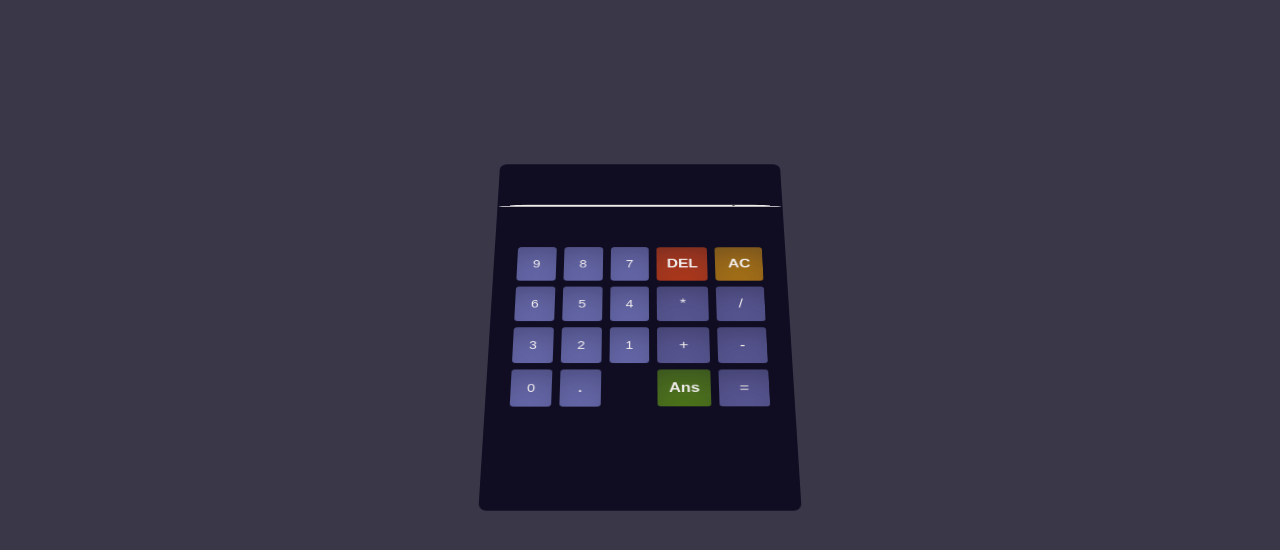
Repository: Bishek666/simple-calculator
Page: /
The author's editor kept a copy of each file at every save. The page is drawn from the files as they stood at one save, then again after the next save.
The browser window is 1280 px wide. The pictures show the whole page.
The project was rebuilt for these pictures with package versions that can differ from the ones it lists, and the page was loaded fresh each time.

Above is the page before, as saved 2021-10-27 08:42:06.

After the next save:
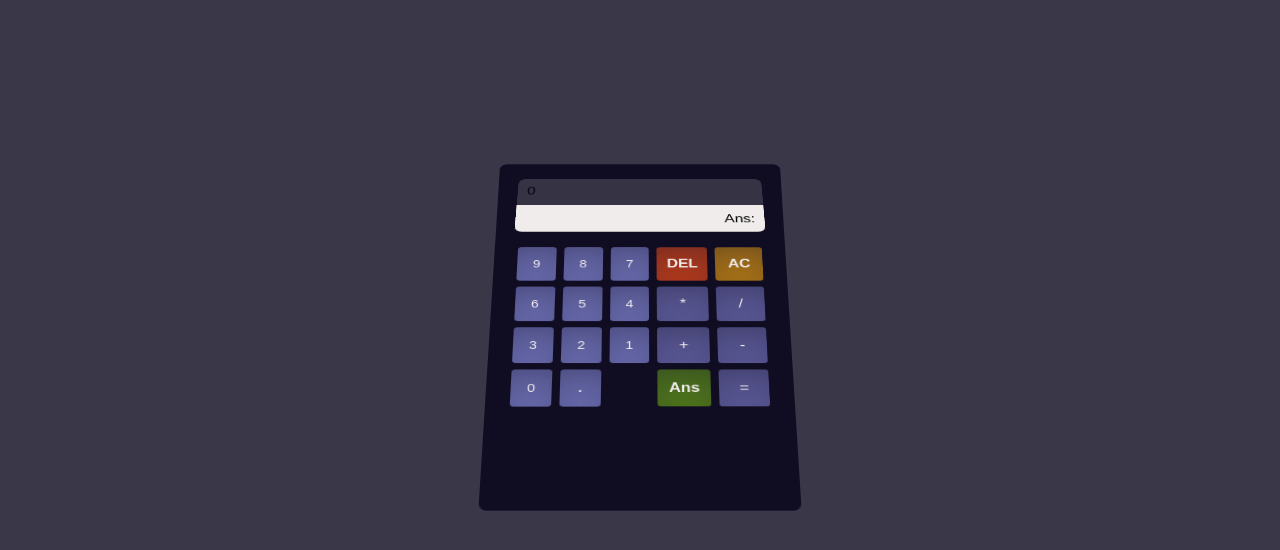
Saved 4 s later.
--- a/src/index.css
+++ b/src/index.css
@@ -64,7 +64,7 @@ button {
     background-color: var(--light);
     border-radius: 8px;
     margin-bottom: 1rem;
-    transform: rotateX(20deg);
+    transform: rotateX(1deg);
 }
 .answer-area {
     align-self: flex-end;
